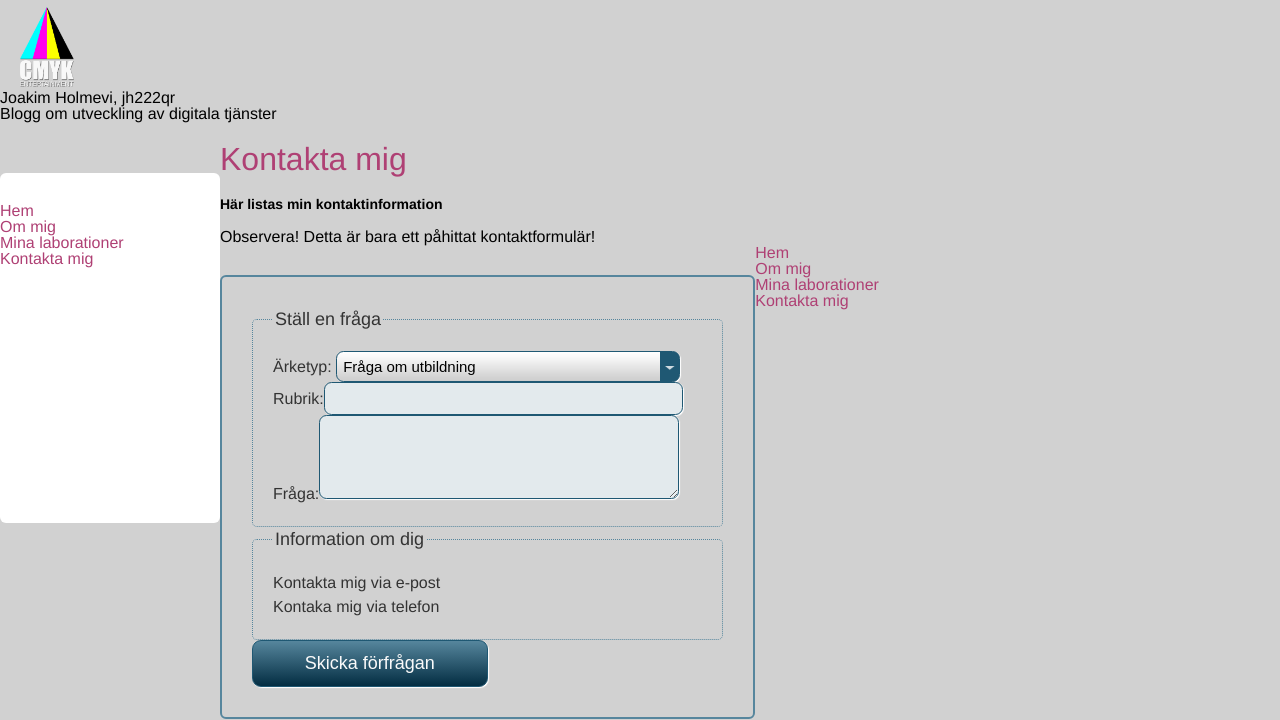
Repository: Holmewi/1ik415-jh222qr-laborationer
Page: pages/kontakt.html
The author's editor kept a record of every edit. The page is drawn from the files as they stood at one moment, then again after the next edit.
The browser window is 1280 px wide. The pictures show the whole page.

Above is the page before.

### pages/kontakt.html
<!DOCTYPE HTML>
<html lang="sv">
    <head>
        <meta charset="utf-8">
        <title>Kontakta mig - Här listas min kontaktinformation</title>
        <link rel="stylesheet" media="all" href="../css/style.css" />
    </head>
    <body>
        <container>
            <header>
                <img src="../pics/logo.png" alt="min logotyp" class="logotyp">
                <p>Joakim Holmevi, jh222qr</p>
                <p>Blogg om utveckling av digitala tjänster</p>
            </header>

            <nav class="borderRadius">
                <ul>
                    <li><a href="../index.html">Hem</a></li>
                    <li><a href="presentation.html">Om mig</a></li>
                    <li><a href="laborationer.html">Mina laborationer</a></li>
                    <li><a href="kontakt.html">Kontakta mig</a></li>
                </ul>
            </nav>

            <content class="borderRadius">
                <h1>Kontakta mig</h1>
                <h4>Här listas min kontaktinformation</h4>
                <p>Observera! Detta är bara ett påhittat kontaktformulär!</p>

                <a id="kontaktform"></a>
                <form id="input" action="http://voyager.lnu.se/tekinet/kurser/dtt/wp_webbintro/form.php" method="post">
                    <fieldset>
                        <legend>Ställ en fråga</legend>

                        Ärketyp:
                        <select>
                            <option value="utbildning">Fråga om utbildning</option>
                            <option value="kurs">Fråga om kurs</option>
                            <option value="hyra">Fråga om anställning</option>
                            <option value="webbplatsen">Fråga om webbplatsen</option>
                            <option value="privat">Ställ en privat fråga</option>
                        </select>
                        <br>
                        Rubrik:<input type="text" id="header"/>
                        <br>
                        Fråga:<textarea id="question" rows="4" cols="39"></textarea>
                    </fieldset>

                    <fieldset>
                        <legend>Information om dig</legend>
                        <input type="checkbox" id="e-post"/>Kontakta mig via e-post<br>
                        <input type="checkbox" id="telefon"/>Kontaka mig via telefon<br>
                    </fieldset>
                    <input type="Submit" value="Skicka förfrågan">
                </form>
             </content>
             <footer>
                <ul>
                    <li><a href="index.html">Hem</a></li>
                    <li><a href="pages/presentation.html">Om mig</a></li>
                    <li><a href="pages/laborationer.html">Mina laborationer</a></li>
                    <li><a href="pages/kontakt.html">Kontakta mig</a></li>
                </ul>
             </footer>
        </container>
    </body>
</html>

### css/style.css
@charset "UTF-8";
/* CSS Document */
/* http://meyerweb.com/eric/tools/css/reset/
   v2.0 | 20110126
   License: none (public domain)
*/

/*
	Main #97235A (Pink)
		Light main #D06C9B #AF4074
		Dark main #7B0E42 #58002A
	Secondary #1F5873 (Blue)
		Light aside #e3eaed #346B85
		Dark aside #0F445D #032D42
	Filler #B59D2A (Mustard)
		Light header #F9E482 #D2BB4C
		Dark header #947D11 #695700
	Text links #7B0E42
	Dark text #1D1D1D
	Light text #FAFAFA
	Footer #2A2A2A
*/

html, body, div, span, applet, object, iframe,
/* h1, h2, h3, h4, h5, h6, */ p, blockquote, pre,
a, abbr, acronym, address, big, cite, code,
del, dfn, em, img, ins, kbd, q, s, samp,
small, strike, strong, sub, sup, tt, var,
b, u, i, center,
dl, dt, dd, ol, ul, li,
/*fieldset, form, label, legend,*/
table, caption, tbody, tfoot, thead, tr, th, td,
article, aside, canvas, details, embed,
figure, figcaption, footer, header, hgroup,
menu, nav, output, ruby, section, summary,
time, mark, audio, video {
	margin: 0;
	padding: 0;
	border: 0;
	font-size: 100%;
	font-style: inherit;
    font-family: "Mundo Sans W01 Medium",Helvetica,sans-serif;
	vertical-align: baseline;
}
/* HTML5 display-role reset for older browsers */
article, aside, details, figcaption, figure,
footer, header, hgroup, main, menu, nav, section, container {
	display: block;
}

html {
    	overflow-y:scroll;     /* Fixar marginalen på sidor som inte har scroll */
}

body {
    background-color:#d1d1d1;
	line-height: 1;
}

    ul {
    	list-style: none;
    }

    blockquote, q {
    	quotes: none;
    }

    blockquote:before, blockquote:after,
    q:before, q:after {
    	content: '';
    	content: none;
    }

    table {
    	border-collapse: collapse;
    	border-spacing: 0;
    }



#wrapper {
	margin-left: auto;
	margin-right: auto;
    max-width: 1000px;
    height: 100%;
}

    header #top {
        width: 1000px;
    }

    header .asideheader {

    }

        #headerTop {
            width: 1000px;
            min-height: 10px;
        	background-color: #97235A;
        }

        #headerBottom {
            width: 1000px;
            min-height: 95px;
        	background-image:url(pics/header_bg.png);
        	background-color: #D06C9B;
        }

        #divTextlogo {
            margin: 30px 0px 0px 30px;
            float: left;
        	font-weight:100;
        	font-size:30px;
            color: #FAFAFA;
        }

/* HEADMENU */

    nav {
        width: 220px;
        min-height: 300px;
        padding-top: 30px;
        padding-bottom: 20px;
        margin: 30px 0px 25px 0px;
        float: left;
        background-color: #FFF;
    }

        #headmenu ul {
            margin: 0;
            padding: 0;
            list-style-type: none;
            font-size: 18px;
        }

        #headmenu ul li{float:left; width:100%;}

        #headmenu ul li a {
            display: block;
            background: #d9d9d9;
            /*width: 220px;*/
            text-decoration: none;
            padding: 15px 0px 15px 20px;
            margin: 1px 0px 0px 0px;
            border-left: 10px solid #97235A;
            color: #333333;

        }

            #headmenu ul li a:hover {
                border-left-color: #56869D;
                color: #56869D;
                background: #c4c4c4;
            }

            #headmenu ul li a:active {
                border-left-color: #1F5873;
                color: #1F5873;
                background: #c4c4c4;
            }

            #headmenu .active {
                border-left-color: #1F5873;
                color: #333333;
                background: #c4c4c4;
            }

            #headmenu a {
                background-image:url(pics/sprite.png);
            }

            #headmenu #homepage:hover {
                background-image:url(pics/sprite.png);
                background-repeat: no-repeat;
                background-position: 175px 12px;
            }


            #headmenu #homepage {
                background-image:url(pics/sprite.png);
                background-repeat: no-repeat;
                background-position: 175px -36px;
            }

            #headmenu #aboutpage:hover {
                background-image:url(pics/sprite.png);
                background-repeat: no-repeat;
                background-position: 175px -180px;
            }

            #headmenu #aboutpage {
                background-image:url(pics/sprite.png);
                background-repeat: no-repeat;
                background-position: 175px -228px;
            }

            #headmenu #labpage:hover {
                background-image:url(pics/sprite.png);
                background-repeat: no-repeat;
                background-position: 175px -84px;
            }

            #headmenu #labpage {
                background-image:url(pics/sprite.png);
                background-repeat: no-repeat;
                background-position: 175px -132px;
            }

            #headmenu #contactpage:hover {
                background-image:url(pics/sprite.png);
                background-repeat: no-repeat;
                background-position: 175px -276px;
            }

            #headmenu #contactpage {
                background-image:url(pics/sprite.png);
                background-repeat: no-repeat;
                background-position: 175px -324px;
            }

/* ASIDE */

    #sidefield {
        font-size: 14px;
        float: right;
        height: auto;
        max-width: 170px;
        width: 100%;
        padding: 30px;
        margin: 30px 0px 30px 0px;
        /* total width 730 */
        background-color: #FFF;
    }

    #sidefield p {
        padding-top: 5px;
    }

/* MAIN CONTENT */

    main {
        width: 670px;
        float: left;
        padding: 30px;
        margin: 30px 0px 30px 20px;
        /* total width 730 */
        background-color: #FFF;
    }

    #contenthome {
        width: 450px;
    }

        #mainheader {
            width: 100%;
            float: left;
            height: auto;
            margin: 0px 0px 20px 0px;
            border-style: double;
            border-color: #D9D9D9;
            border-width: 0px 0px 4px 0px;
        }

            #mainheader h4 {
                margin-top: -10px;
            }

                #home .blogg {
                    max-width: 470px;
                    clear: none;
                }

                .blogg {
                    float: left;
                    max-width: 100%;
                    height: 100%;
                	padding: 0px 0px 40px 0px;
                	margin: 0px 0px 40px 0px;
                    border-style: dotted;
                    border-color: #D9D9D9;
                    border-width: 0px 0px 1px 0px;
                    clear: both;
                }

                    #hcard-Joakim-Torbjorn-Holmevi {

                    }

                    .blogg p {
                	padding-bottom: 20px;
                    }

                    .bloggContent {
                        height: auto;
                    	padding-bottom: 20px;
                    }

                    .bloggInfo {
                        padding-top: 10px;
                        padding-bottom: 10px;
                        border-style: dotted;
                        border-color: #D9D9D9;
                        border-width: 1px 0px 0px 0px;
                        clear: both;
                    }

                    .bloggInfo p, .bloggInfo a {
                    	font-size: 12px;
                        display: inline;
                    }

                    .comments {
                        width: 90%;
                        float: left;
                        background-color: #F1F1F1;
                        padding: 0px 20px 0px 20px;
                        border-style: solid;
                        border-color: #D9D9D9;
                        border-width: 0px 0px 5px 0px;
                    }

                    .comment {
                        display: inline-block;
                        line-height: 2px;
                    	font-size: 12px;
                        width: 90%;
                    }

                    .commentlink {
                        display: inline-block;
                    	font-size: 12px;
                        width: 100%;
                    }



/* FOOTER */

    #bottom {
        max-width: 1000px;
        height: 173px;
        /* total width 1000 */
        /* total height 253 */
        background-color: #2A2A2A;
        border-style: solid;
        border-color: #97235A;
        border-width: 10px 0px 0px 0px;
        clear: both;
        background-image:url(pics/footer_bg.png);
    }

        #footerNav {
            padding-top: 30px;
            width: 440px;
            margin: auto;
        }



/* HEADERS, LISTS AND TEXT */

    h1 {
        font-size: 32px;
    	font-weight: 400;
    	color: #AF4074;
    }

    h2 {
        font-size: 24px;
    }

    h3 {
        font-size: 18px;
    }

    h4 {
        font-size: 14px;
    }

    .bloggContent H2 {
        padding-left: 30px;
        padding-bottom: 14px;
        background-image:url(pics/blogicon.png);
        background-repeat: no-repeat;
        background-size: 23px 23px;
    }

    .ingress {
    	font-weight: 800;
    	padding-bottom: 20px;
    }

/* IMAGES AND VIDEOS */

    .bloggVideo {
        max-width: 450px;
        padding: 7px 0px 0px 0px;
    }

    .logotyp {
        max-height: 80px;
        padding: 7px 0px 0px 20px;
    }

    .profilbild {
        padding: 0px 20px 10px 0px;
        float: left;
        max-width: 140px;
    }

    .bloggbild {
        max-width: 450px;
        padding: 0px 0px 20px 0px;
    }

    .bloggBild_right {
        max-width: 220px;
        padding: 0px 0px 10px 15px;
    }

    .bloggBild_left {
        max-width: 220px;
        padding: 0px 15px 10px 0px;
    }



/* GENERAL CLASSES */

    .borderRadius {
    	-webkit-border-radius: 6px;
    	-moz-border-radius: 6px;
    	border-radius: 6px;
    }



    .displayinline {
        display: inline;
    }

    .blogg table {
        width: 600px;
    }

    .blogg table, .blogg tr, .blogg th, .blogg td {
        padding: 5px;
    	border: solid 1px;
    	border-color: #455;
    }

    .labList dd, .labList ol {
    	margin-left: 35px;
    }

    .labList li, .labList dt, .labList dd, .labList p {
    	font-size: 16px;
    }

    .labList a, .labList dt, .labList dd, .labList ul {
    	font-size: 14px;
    }

    .labList dt, .labList dd, .labList li, .labList dt, .labList dd, .labList p {
    	padding-bottom: 5px;
    }

    .floatleft {
    	float: left;
    }

    .floatright {
    	float: right;
    }

    .clearboth {
    	clear: both;
    }

    .rightalign {
        text-align: right;
    }

/* LINKS */

    a:link {
        color:#AF4074;
        text-decoration:none;
    }
    a:visited {
        color:#AF4074;
        text-decoration:none;
    }
    a:hover {
        color:#56869D;
        text-decoration:underline;
    }
    a:active {
        color:#56869D;
        text-decoration:underline;
    }

    #bottom a:link { color:#FFF;  }
    #bottom a:visited { color:#FFF;  }
    #bottom a:hover { color:#FFF;  }
    #bottom a:active { color:#FFF;  }

    #bottom li {
    	font-size: 18px;
    	margin-right: 20px;
    	display:inline;
    }






/* FORM */
/*
Hittade lite nyttig hjälp på mozilla developer för att ändra utseendet på checkboxarna
Källa: https://developer.mozilla.org/en-US/docs/Web/Guide/HTML/Forms/Advanced_styling_for_HTML_forms
*/

    .form {

        height: auto;
    	margin: 0px;
    }

        form {
            float: left;
            line-height: 24px;
            color: #333333;
            border: 2px solid #56869D;
            border-radius: 6px;
            -webkit-border-radius: 6px;
            -moz-border-radius: 6px;
            margin: 30px 0px 0px 0px;
            padding: 30px;
            display: inline-block;
        }

            #observe {
                clear: both;
                padding-top: 20px;
                margin-top: 20px;
            }

            fieldset {
                border : 1px dotted #56869D;
                border-radius: 5px;
                margin : 0;
                padding: 20px;
            }

                #set_form p {
                    padding-top: 12px;
                }

                #contact_info {
                    margin-top: 20px;
                    margin-bottom: 30px;
                }

                legend {
                    font-size: 18px;
                }

                label {
                  cursor: pointer;
                }

                form p {
                  margin: 0;
                }

                form p+p {
                  margin: .5em 0 0;
                }

                input[type=text], input[type=submit], textarea, select {
                    -webkit-appearance: none;     /* Tar bort standardutseendet på elementen */
                }


                select {
                    border: 1px solid #1F5873;
                    padding: 6px;
                    font-size: 15px;
                    line-height: 17px;
                    width: 80%;
                    background: -webkit-gradient(linear, left top, left bottom, from(#fff), to(#ccc));
                    -webkit-appearance: none;
                    -webkit-box-shadow: 1px 1px 1px #fff;
                    -webkit-border-radius: 0.5em;
                }

                /* original check box are push outside the viexport */
                :root input[type=checkbox] {
                    position: absolute;
                    left: -1000em;
                }

                :root input[type=checkbox] + label:before {
                    content: "";
                    display: inline-block;
                    width  : 19px;
                    height : 19px;
                    margin : 0 .5em 0 0;
                    background: url("pics/checkbox_sprite2.png") no-repeat 0 0;

                    /* The following is used to adjust the position of
                    the check boxes on the text baseline */

                    vertical-align: bottom;
                    position: relative;
                    bottom: 2px;
                }

                :root input[type=checkbox]:checked + label:before {
                    background-position: 0 -19px;
                }

                :root input[type=checkbox]:disabled + label:before {
                    background-position: 0 -38px;
                }

                :root input[type=checkbox]:checked:disabled + label:before {
                    background-position: 0 -57px;
                }

                :root input[type=checkbox]:focus {
                    outline: 1px dotted black;
                }

                select {
                    background: url("pics/form_list_bg.png") no-repeat right;
                    background-size: auto 32px;
                }

                input[type=text], textarea {
                    border: 1px solid #1F5873;
                    padding: 7px;
                    font-size: 15px;
                    line-height: 17px;
                    width: 80%;
                    background-color: #e3eaed;
                    -webkit-appearance: none;
                    -webkit-box-shadow: 1px 1px 1px #fff;
                    -webkit-border-radius: 0.5em;
                 }

                input[type=submit] {
                    border: 1px solid #1F5873;
                    padding: 14px;
                    font-size: 18px;
                    line-height: 17px;
                    width: 50%;
                    color: #FAFAFA;
                    background: -webkit-gradient(linear, left top, left bottom, from(#56869D), to(#032D42));
                    -webkit-appearance: none;
                    -webkit-box-shadow: 1px 1px 1px #fff;
                    -webkit-border-radius: 0.5em;
                 }

After the next edit:
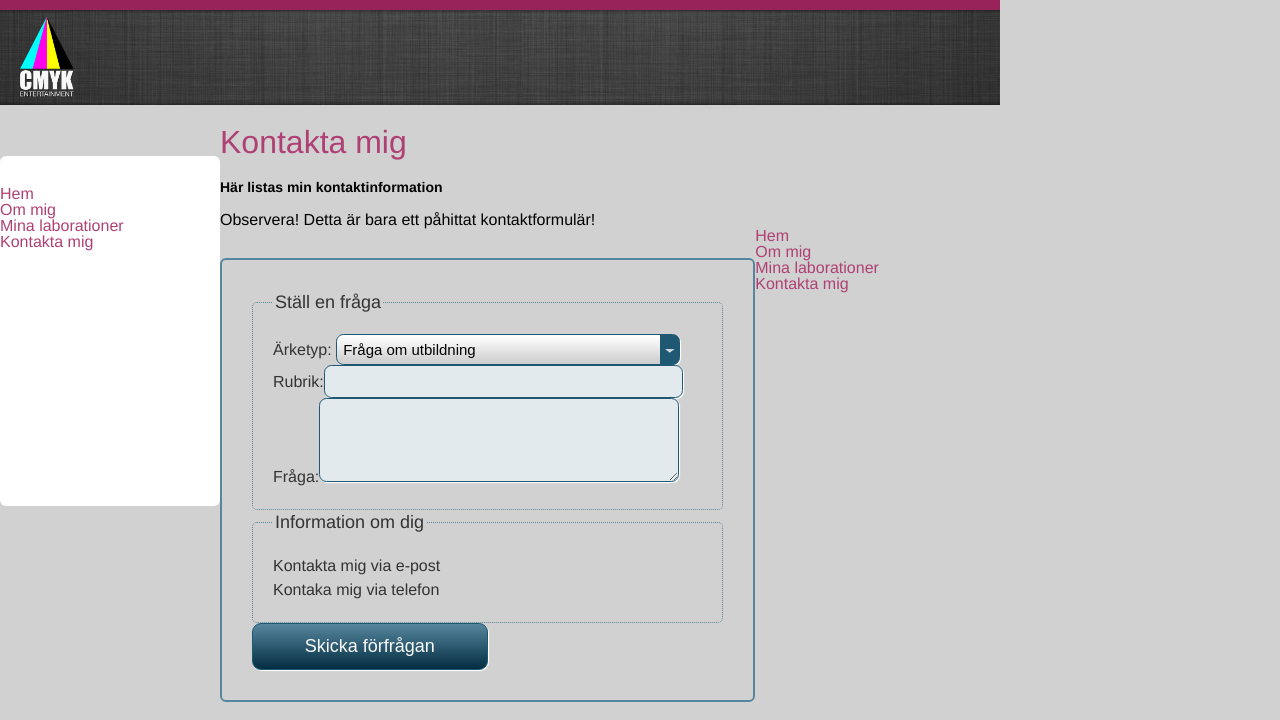
The edit:
--- a/pages/kontakt.html
+++ b/pages/kontakt.html
@@ -8,9 +8,12 @@
     <body>
         <container>
             <header>
-                <img src="../pics/logo.png" alt="min logotyp" class="logotyp">
-                <p>Joakim Holmevi, jh222qr</p>
-                <p>Blogg om utveckling av digitala tjänster</p>
+                <div id="headerTop">
+
+                </div>
+                <div id="headerBottom">
+                    <img src="../pics/logo.png" alt="min logotyp" class="logotyp">
+                </div>
             </header>
 
             <nav class="borderRadius">
